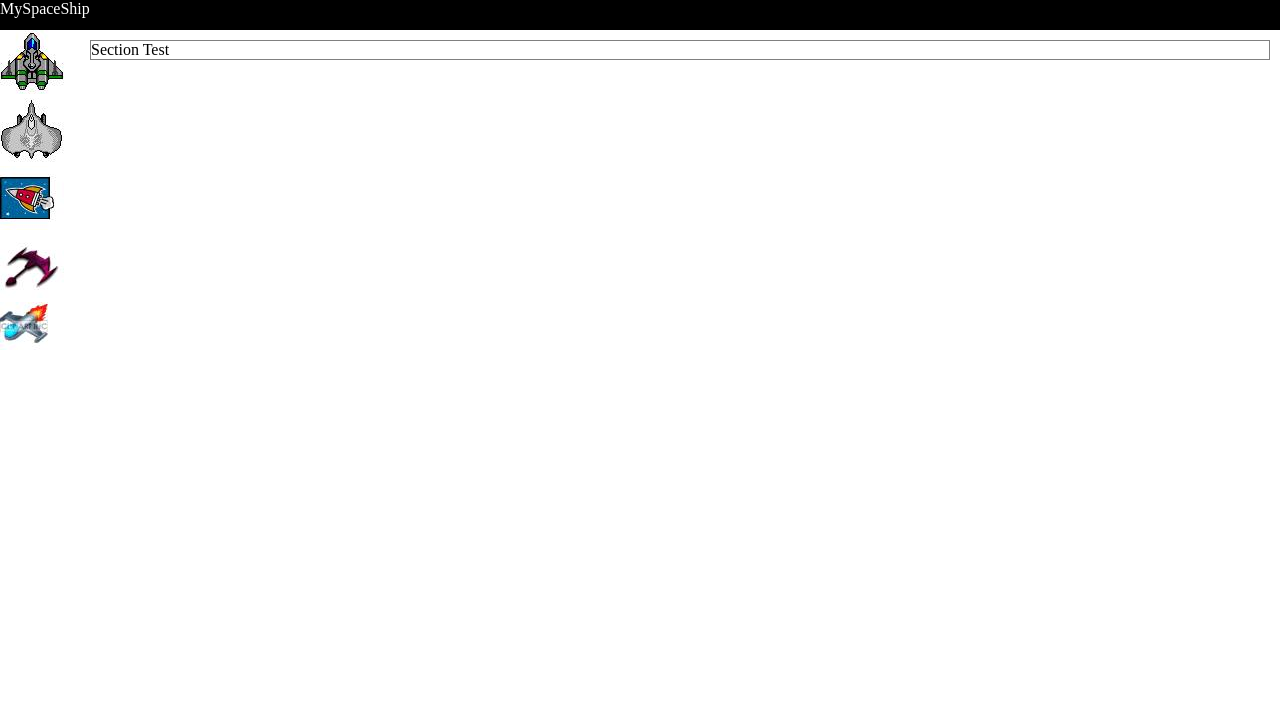
Repository: eudesf/MySpaceShip
Page: MySpaceShip/WebContent/index.html
These files come from the project's save history. The page is drawn as it stood at one moment and after the next save; the edit follows.
The browser window is 1280 px wide. The pictures show the whole page.

Above is the page before, as saved 2012-03-15 20:28:36.

After the next save:
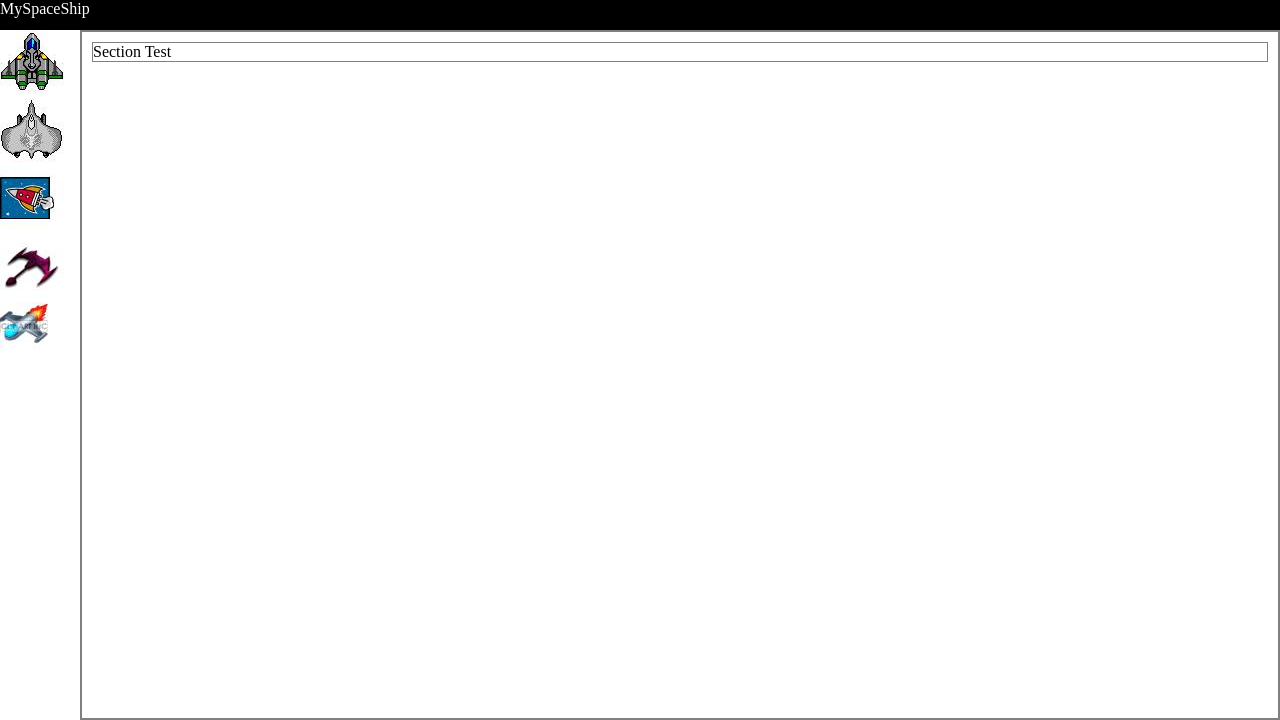
Saved 21 s later.
--- a/MySpaceShip/WebContent/index.html
+++ b/MySpaceShip/WebContent/index.html
@@ -27,6 +27,8 @@
 				right: 0px;
 				top: 30px;
 				bottom: 0px;
+				border: 2px solid gray;
+
 			}
 
 			article {
